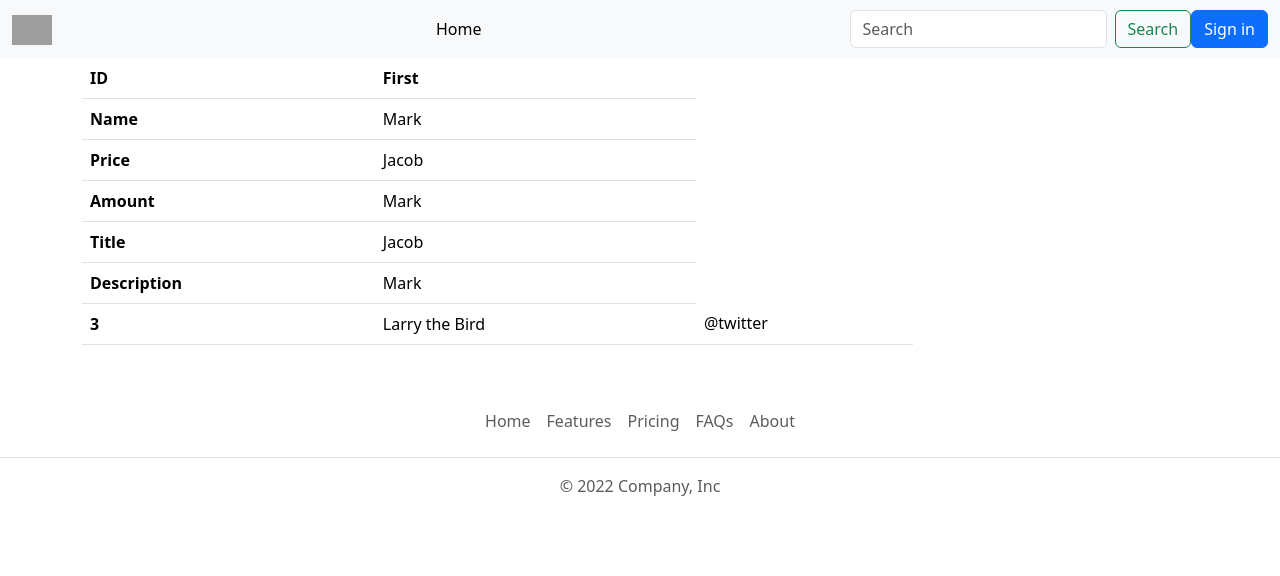
Repository: nguyenducviet22/my-project
Page: http://localhost/Test/manageProduct.jsp
An editor plug-in stored every save of this project. The page is shown before and after a run of saves, followed by the edit.
The browser window is 1280 px wide. The pictures show the whole page.
Pictures or frames that could not be fetched are drawn as grey boxes. The page is served by Tomcat 9. Nobody is signed in. The application's start-up code is not run. Other server files are loaded and not shown. The template is opened directly, without the code that normally fills it, so the values that code supplies are empty.

Above is the page before, as saved 2023-03-16 12:42:10.

### Test/src/main/webapp/manageProduct.jsp
<%@ page language="java" contentType="text/html; charset=UTF-8"
	pageEncoding="UTF-8"%>
<%@ taglib prefix="c" uri="http://java.sun.com/jsp/jstl/core"%>
<!DOCTYPE html>
<html>
<head>
<meta charset="UTF-8">
<title>Manage Products</title>
<link
	href="https://cdn.jsdelivr.net/npm/bootstrap@5.3.0-alpha1/dist/css/bootstrap.min.css"
	rel="stylesheet"
	integrity="sha384-GLhlTQ8iRABdZLl6O3oVMWSktQOp6b7In1Zl3/Jr59b6EGGoI1aFkw7cmDA6j6gD"
	crossorigin="anonymous">
<script
	src="https://cdn.jsdelivr.net/npm/@popperjs/core@2.11.6/dist/umd/popper.min.js"
	integrity="sha384-oBqDVmMz9ATKxIep9tiCxS/Z9fNfEXiDAYTujMAeBAsjFuCZSmKbSSUnQlmh/jp3"
	crossorigin="anonymous"></script>
<script
	src="https://cdn.jsdelivr.net/npm/bootstrap@5.3.0-alpha1/dist/js/bootstrap.min.js"
	integrity="sha384-mQ93GR66B00ZXjt0YO5KlohRA5SY2XofN4zfuZxLkoj1gXtW8ANNCe9d5Y3eG5eD"
	crossorigin="anonymous"></script>
</head>
<body>
	<!-- Narvar -->
	<%@include file="header.jsp"%>
	<!-- End Narvar -->
	<!-- Page content -->
	<div class="container">
		<div class="row">
			<div class="col-lg-9">
				<!-- Product -->
				<table class="table">
					<thead>
						<tr>
							<th scope="col">ID</th>
							<th scope="col">First</th>
						</tr>
					</thead>
					<tbody>
						<tr>
							<th scope="row">Name</th>
							<td>Mark</td>
						</tr>
						<tr>
							<th scope="row">Price</th>
							<td>Jacob</td>
						</tr>
						<tr>
							<th scope="row">Amount</th>
							<td>Mark</td>
						</tr>
						<tr>
							<th scope="row">Title</th>
							<td>Jacob</td>
						</tr>
						<tr>
							<th scope="row">Description</th>
							<td>Mark</td>
						</tr>

						<tr>
							<th scope="row">3</th>
							<td colspan="2">Larry the Bird</td>
							<td>@twitter</td>
						</tr>
					</tbody>
				</table>
				<c:forEach items="${list }" var="p">
					<div class="col-lg-4 col-md-6 md-4">
						<div class="card h-100" style="width: 18rem;">
							<img src="${p.image }" class="card-img-top" alt="${p.name }">
							<div class="card-body">
								<p class="card-text">Id ${p.id }</p>
								<h5 class="card-title">
									<a href="detail?pid=${p.id}">${p.name }</a>
								</h5>
								<p class="card-text">${p.price }</p>
								<p class="card-text">${p.title }</p>
								<p class="card-text">${p.description }</p>
								<a href="#" class="btn btn-primary">Delete</a>
							</div>
						</div>
					</div>
				</c:forEach>
				<!-- End Product -->
			</div>
		</div>
	</div>
	<!-- Footer -->
	<%@include file="footer.jsp"%>
	<!-- End Footer -->
</body>
</html>

### Test/src/main/webapp/header.jsp
<%@ page language="java" contentType="text/html; charset=UTF-8"
	pageEncoding="UTF-8"%>
<%@ taglib prefix="c" uri="http://java.sun.com/jsp/jstl/core"%>
<!-- Narvar -->
<nav class="navbar navbar-expand-lg bg-body-tertiary">
	<div class="container-fluid">
		<a class="navbar-brand" href="#"> <img alt="Fashion"
			src="https://tse4.mm.bing.net/th?id=OIP.ZbP3SFRdKs9-9OwxsS1ymQHaHa&pid=Api&P=0"
			style="width: 10%">
		</a>
		<button class="navbar-toggler" type="button" data-bs-toggle="collapse"
			data-bs-target="#navbarSupportedContent"
			aria-controls="navbarSupportedContent" aria-expanded="false"
			aria-label="Toggle navigation">
			<span class="navbar-toggler-icon"></span>
		</button>
		<div class="collapse navbar-collapse" id="navbarSupportedContent">
			<ul class="navbar-nav me-auto mb-2 mb-lg-0">
				<li class="nav-item"><a class="nav-link active"
					aria-current="page" href="home">Home</a></li>
				<c:if test="${account.isAdmin == 1 }">
					<li class="nav-item"><a class="nav-link active"
						aria-current="page" href="#">Admin</a></li>
				</c:if>
				<c:if test="${account.isSell == 1 }">
					<li class="nav-item"><a class="nav-link active"
						aria-current="page" href="seller">Seller</a></li>
				</c:if>
			</ul>
			<form action="search" method="post" class="d-flex" role="search">
				<input class="form-control me-2" type="search" placeholder="Search"
					aria-label="Search" name="txt" value="${searchValue}">
				<button class="btn btn-outline-success" type="submit">Search</button>
				<c:if test="${account == null }">
					<a class="btn btn-primary" style="white-space: nowrap;"
						href="signIn.jsp">Sign in</a>
				</c:if>
				<c:if test="${account != null }">
					<div class="form-control ml-1">
						<!-- Dropdown -->
						<ul class="navbar-nav me-auto mb-2 mb-lg-0">
							<li class="nav-item dropdown dropstart"><a
								class="nav-link dropdown-toggle" href="#" role="button"
								data-bs-toggle="dropdown" aria-expanded="false">${account.username }'s
									account</a>
								<ul class="dropdown-menu">
									<li><a class="dropdown-item" href="#">My cart</a></li>
									<li><a class="dropdown-item" href="#">Notification</a></li>
									<li><a class="dropdown-item" href="changeInfo.jsp">Info</a></li>
									<li><a class="dropdown-item" href="changePassword.jsp">Change
											password</a></li>
									<li><hr class="dropdown-divider"></li>
									<li><a class="dropdown-item"
										href="account-controller?act=sign-out&">Sign out</a></li>
								</ul></li>
						</ul>
					</div>
				</c:if>
			</form>
		</div>
	</div>
</nav>
<!-- End Narvar -->

### Test/src/main/webapp/footer.jsp
<%@ page language="java" contentType="text/html; charset=UTF-8"
	pageEncoding="UTF-8"%>
<!-- Footer -->
<footer class="py-3 my-4">
	<ul class="nav justify-content-center border-bottom pb-3 mb-3">
		<li class="nav-item"><a href="#" class="nav-link px-2 text-muted">Home</a></li>
		<li class="nav-item"><a href="#" class="nav-link px-2 text-muted">Features</a></li>
		<li class="nav-item"><a href="#" class="nav-link px-2 text-muted">Pricing</a></li>
		<li class="nav-item"><a href="#" class="nav-link px-2 text-muted">FAQs</a></li>
		<li class="nav-item"><a href="#" class="nav-link px-2 text-muted">About</a></li>
	</ul>
	<p class="text-center text-muted">© 2022 Company, Inc</p>
</footer>
<!-- End Footer -->

After the next 2 saves:
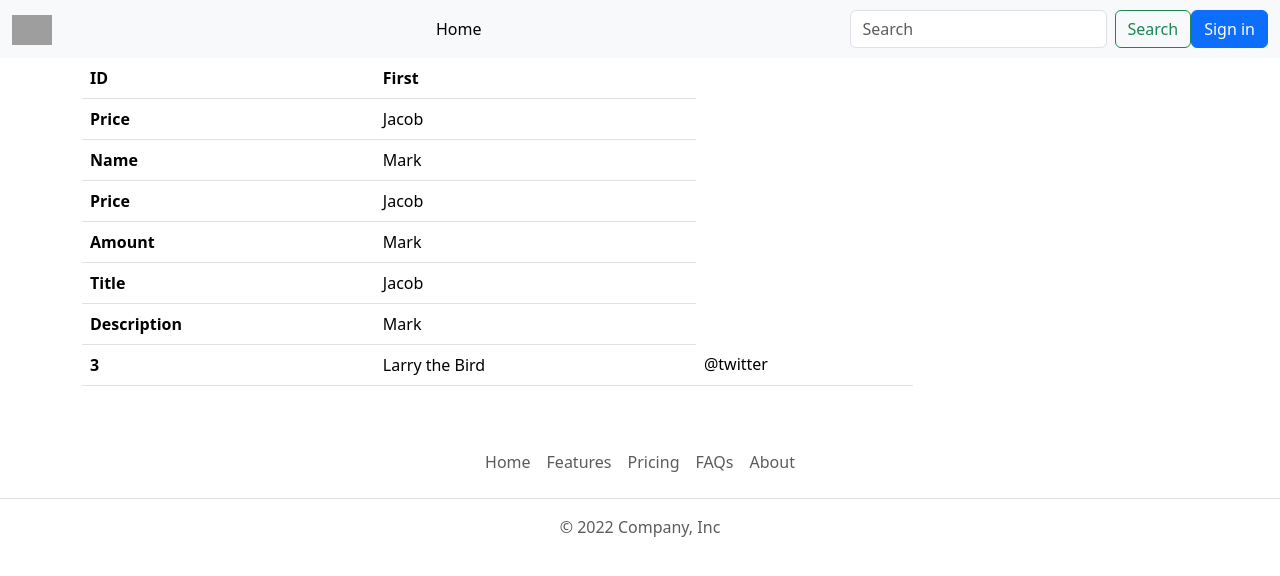
The 2 saves are shown as one change because they came seconds apart.
The last was saved 8 s later.
--- a/Test/src/main/webapp/manageProduct.jsp
+++ b/Test/src/main/webapp/manageProduct.jsp
@@ -37,6 +37,10 @@
 						</tr>
 					</thead>
 					<tbody>
+						<tr>
+							<th scope="row">Price</th>
+							<td>Jacob</td>
+						</tr>
 						<tr>
 							<th scope="row">Name</th>
 							<td>Mark</td>
